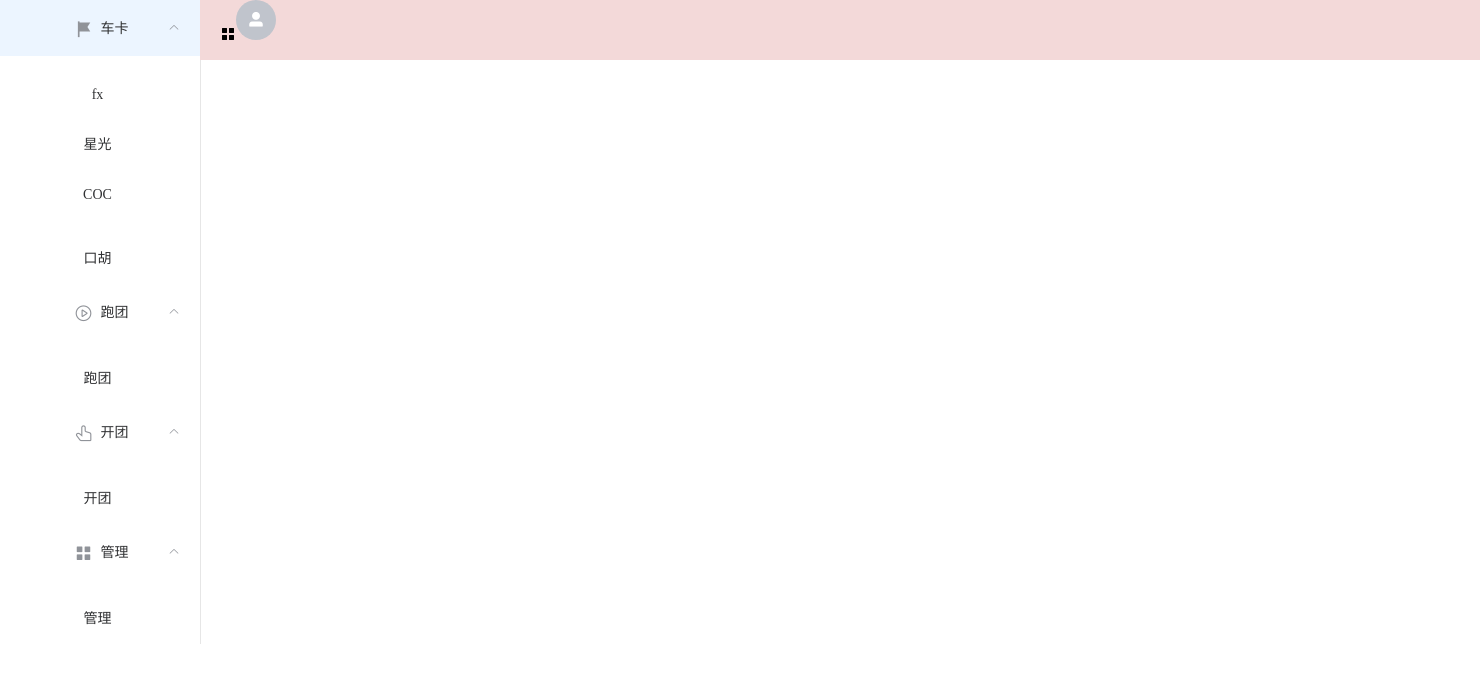
Repository: redlout/ptgkd
Page: /
The author's editor kept a copy of each file at every save. The page is drawn from the files as they stood at one save, then again after the next save.
The browser window is 1280 px wide. The page is 1480 px wide, so the pictures cover 1480 px, including what lies to the right of the window. The pictures show the whole page.
The project was rebuilt for these pictures with package versions that can differ from the ones it lists, and the page was loaded fresh each time. Also part of the build but not shown: src/mock/mock.js, src/views/Login.vue, src/components/SvgIcon/index.vue.

Above is the page before, as saved 2019-09-02 21:12:05.

After the next save:
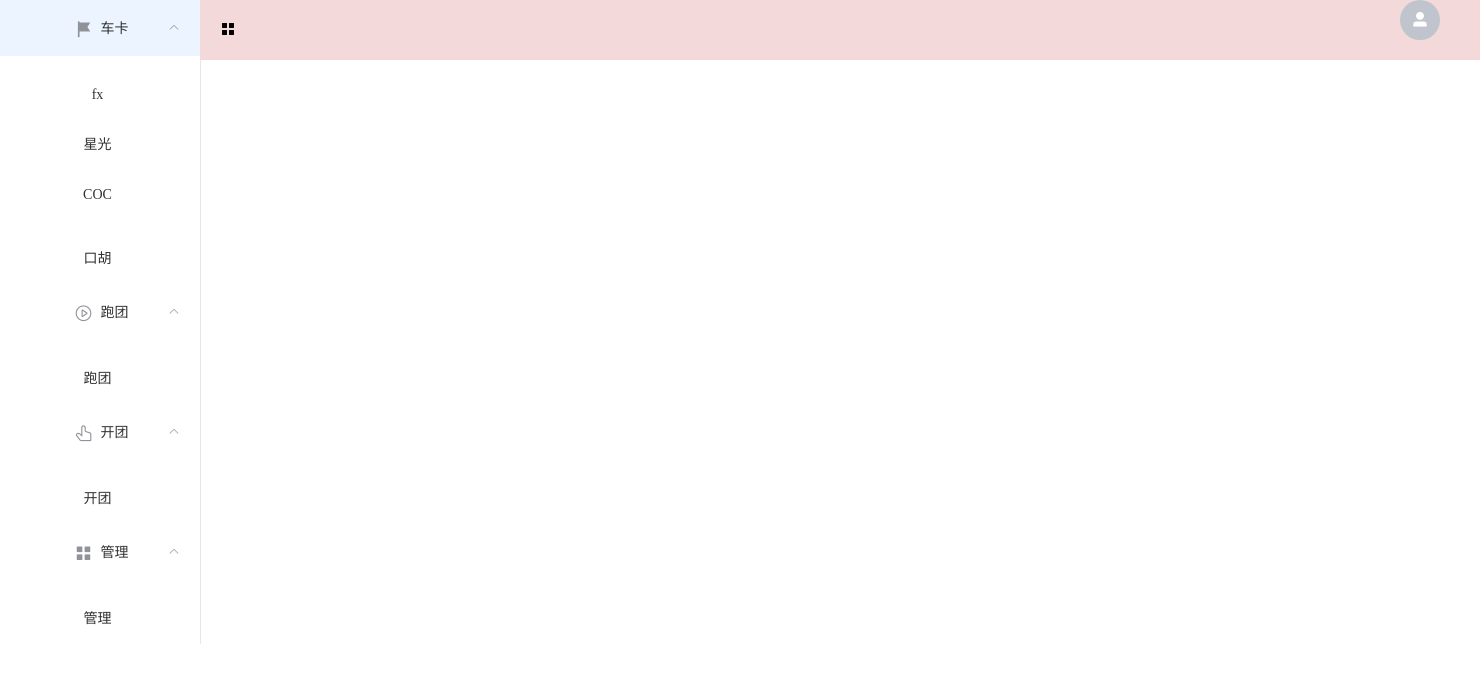
Saved 30 s later.
--- a/src/components/HeadBar/index.vue
+++ b/src/components/HeadBar/index.vue
@@ -67,5 +67,6 @@ export default {
       padding-right: 20px;
       color: #fff;
       cursor: pointer;
+      float: right;
     }
 </style>
